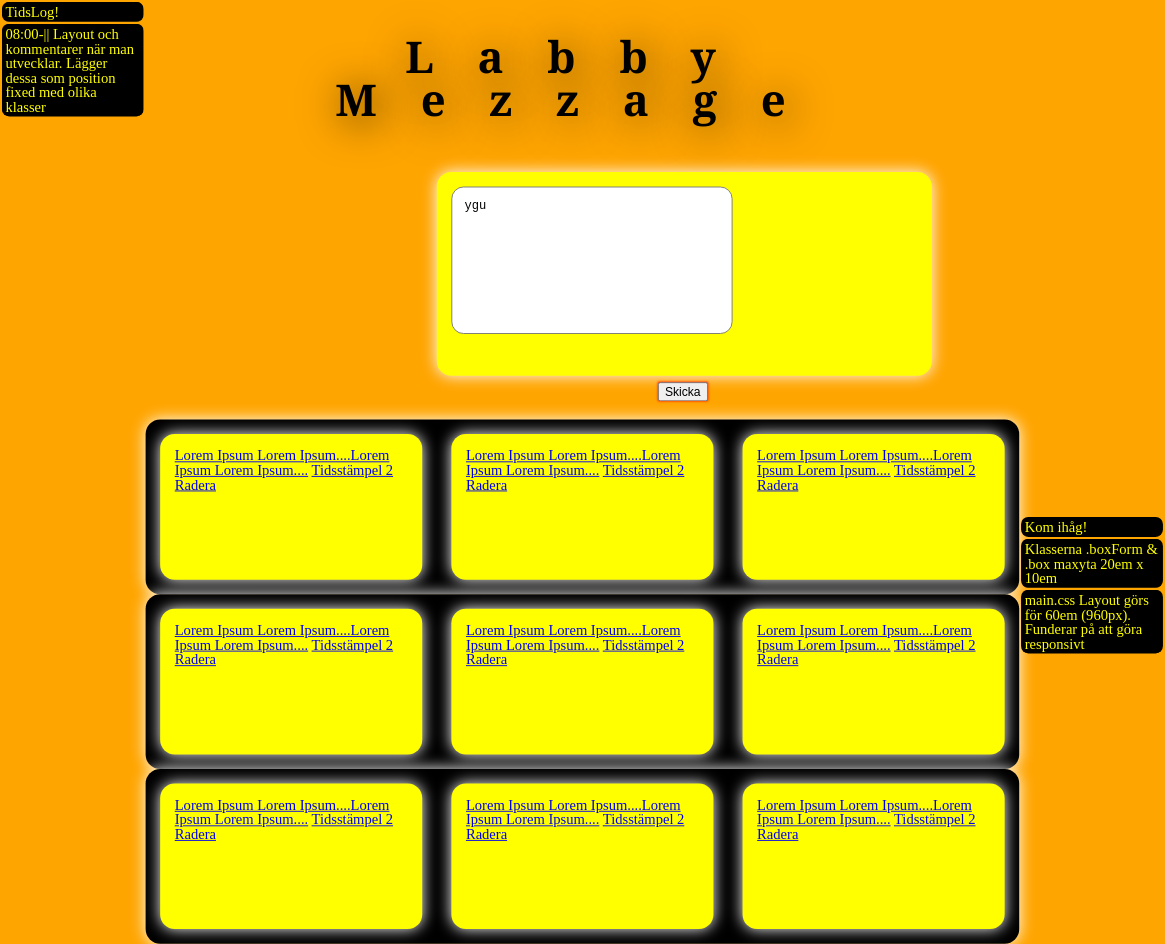
Repository: AndreasAnemyrLNU/1dv403-laborationer-AA223IG
Page: 2-labbymezzage/index.html
The author's editor kept a record of every edit. The page is drawn from the files as they stood at one moment, then again after the next edit.
The browser window is 1280 px wide. The pictures show the whole page, at 91% of full size.

Above is the page before.

### 2-labbymezzage/index.html
<!DOCTYPE html>
<html lang="sv">
    <head>
        <link rel="stylesheet" href="css/main.css" type="text/css" />
        <meta charset="utf-8">
    </head>
    <body>
<!--******************************************************************************************-->
<!--******************************************************************************************-->
        <div class="z fixedRight fixedBottom">
            <p>Kom ihåg!</p>
            <p>Klasserna .boxForm & .box maxyta 20em x 10em</p>
            <p>main.css Layout görs för 60em (960px). Funderar på att göra responsivt</p>
        </div>

        <div class="z">
            <p>TidsLog!</p>
            <p>08:00-|| Layout och kommentarer när man utvecklar. Lägger dessa som position fixed med olika klasser</p>
        </div>
<!--******************************************************************************************-->
<!--******************************************************************************************-->

        <div id="Wrapper">

                <h1>Labby Mezzage</h1>

                <div class="formContainer">
                    <div class="boxForm">
                        <form id="messageForm">
                            <textarea>ygu</textarea>
                            <input id="submit" type="submit" value="Skicka"/>
                        </form>
                    </div>
                </div>

                <div class="messageBoard">

                    <div class="messageContainer">

                        <div class="box">
                            <article class="message">
                                <a class="message block" href="#">Lorem Ipsum Lorem Ipsum....Lorem Ipsum Lorem Ipsum....</a>
                                <a href="#">Tidsstämpel 2 </a><a href="#">Radera</a>
                            </article>
                        </div>

                        <div class="box">
                            <article class="message">
                                <a class="message block" href="#">Lorem Ipsum Lorem Ipsum....Lorem Ipsum Lorem Ipsum....</a>
                                <a href="#">Tidsstämpel 2 </a><a href="#">Radera</a>
                            </article>
                        </div>

                        <div class="box">
                            <article class="message">
                                <a class="message block" href="#">Lorem Ipsum Lorem Ipsum....Lorem Ipsum Lorem Ipsum....</a>
                                <a href="#">Tidsstämpel 2 </a><a href="#">Radera</a>
                            </article>
                        </div>

                    </div>

                    <div class="messageContainer">

                        <div class="box">
                            <article class="message">
                                <a class="message block" href="#">Lorem Ipsum Lorem Ipsum....Lorem Ipsum Lorem Ipsum....</a>
                                <a href="#">Tidsstämpel 2 </a><a href="#">Radera</a>
                            </article>
                        </div>

                        <div class="box">
                            <article class="message">
                                <a class="message block" href="#">Lorem Ipsum Lorem Ipsum....Lorem Ipsum Lorem Ipsum....</a>
                                <a href="#">Tidsstämpel 2 </a><a href="#">Radera</a>
                            </article>
                        </div>

                        <div class="box">
                            <article class="message">
                                <a class="message block" href="#">Lorem Ipsum Lorem Ipsum....Lorem Ipsum Lorem Ipsum....</a>
                                <a href="#">Tidsstämpel 2 </a><a href="#">Radera</a>
                            </article>
                        </div>

                    </div>

                    <div class="messageContainer">

                        <div class="box">
                            <article class="message">
                                <a class="message block" href="#">Lorem Ipsum Lorem Ipsum....Lorem Ipsum Lorem Ipsum....</a>
                                <a href="#">Tidsstämpel 2 </a><a href="#">Radera</a>
                            </article>
                        </div>

                        <div class="box">
                            <article class="message">
                                <a class="message block" href="#">Lorem Ipsum Lorem Ipsum....Lorem Ipsum Lorem Ipsum....</a>
                                <a href="#">Tidsstämpel 2 </a><a href="#">Radera</a>
                            </article>
                        </div>

                        <div class="box">
                            <article class="message">
                                <a class="message block" href="#">Lorem Ipsum Lorem Ipsum....Lorem Ipsum Lorem Ipsum....</a>
                                <a href="#">Tidsstämpel 2 </a><a href="#">Radera</a>
                            </article>
                        </div>

                    </div>

                </div>




        </div>

        <!--<script type="text/javascript" src="js/addEvent.js"></script>-->
        <script type="text/javascript" src="js/run.js"></script>
        <script type="text/javascript" src="js/Message.js"></script>
    </body>
</html>

### 2-labbymezzage/css/main.css
/*Optimized for 960px width*/

/*ColorScheme*/


/* http://meyerweb.com/eric/tools/css/reset/
   v2.0 | 20110126
   License: none (public domain)
*/

html, body, div, span, applet, object, iframe,
h1, h2, h3, h4, h5, h6, p, blockquote, pre,
a, abbr, acronym, address, big, cite, code,
del, dfn, em, img, ins, kbd, q, s, samp,
small, strike, strong, sub, sup, tt, var,
b, u, i, center,
dl, dt, dd, ol, ul, li,
fieldset, form, label, legend,
table, caption, tbody, tfoot, thead, tr, th, td,
article, aside, canvas, details, embed,
figure, figcaption, footer, header, hgroup,
menu, nav, output, ruby, section, summary,
time, mark, audio, video {
	margin: 0;
	padding: 0;
	border: 0;
	font-size: 100%;
	font: inherit;
	vertical-align: baseline;
}
/* HTML5 display-role reset for older browsers */
article, aside, details, figcaption, figure,
footer, header, hgroup, menu, nav, section {
	display: block;
}
body {
	line-height: 1;
}
ol, ul {
	list-style: none;
}
blockquote, q {
	quotes: none;
}
blockquote:before, blockquote:after,
q:before, q:after {
	content: '';
	content: none;
}
table {
	border-collapse: collapse;
	border-spacing: 0;
}

/*END OF MEYER'S RESET*/

body{
    background-color:orange;
}

form{
    float: left;
}
h1{
    font-family: georgia;
    font-size: 3em;
    font-weight: 700;
    letter-spacing: 1em;
    padding: .8em;
    text-align: center;
    text-shadow: black .1em .1em 1em;
}
input[type="submit"]{
    box-shadow: red 0 0 .2em;
    clear: both;
    float: left;
    margin: 4em 17em;
}
textarea{
    border-radius: 1em;
    float: left;
    height: 10em;
    overflow:hidden;
    padding: 1em;
    resize: none;
    width: 21em;
}
#Wrapper{
    background-color: orange;
    display: block;
    margin: auto;
    width: 60em;
}
/* height 10em, width 20em */
.box{
    /*border: 0.0625em solid black*/ ;
    border-radius: 1em;
    background-color: yellow;
    box-shadow: white 0 0 1em;
    float: left;
    height: 8em;
    padding: 1em;
    transform: scale(1);
    transition-duration: 2s;
    margin: 1em;
    width: 16em;
}
.box:hover{
    box-shadow: red 0 0 .1250;
    transform: scale(1.05, 1.05);
    transition-duration: .7s;

}
.boxForm{
    /*border: 0.0625em solid black*/ ;
    border-radius: 1em;
    background-color: yellow;
    box-shadow: white 0 0 1em;
    float: left;
    height: 12em;
    padding: 1em;
    transform: scale(1);
    transition-duration: .7s;
    margin: 1em 0 3em 0;
    width: 32em;
}
.fixedBottom{
    bottom: 0;
}
.fixedRight{
    right: 0;
}
.messageBoard{
    display: block;
    clear: both;
}
.formContainer{
    margin: auto;
    width: 20em;
}
.messageContainer{
    background-color: black;
    border-radius: 1em;
    box-shadow: white 0 0 1em;
    clear: both;
    overflow: auto;
    transition-duration: 1.5s;
}
.messageContainer:hover{
    box-shadow: white 0 0 0;
    transition-duration: 1.5s;
}

/*Comments for developer*/
.z{
    position: fixed;
    width: 10em;
}
.z p{
    background-color: black;
    border: .1250em solid black;
    border-radius: .5em;
    color: yellow;
    border-bottom: none;
    margin: .1250em;
    padding: .1250em;
}

### 2-labbymezzage/js/run.js
"use strict";


var run = {

    messages:   [],

    init:       function(){


    var submit = document.getElementById("submit");
    submit.addEventListener("click", run.createMessage, false);
    },

    createMessage:  function(){
    run.messages.push(new Message( document.getElementById("messageInputArea").value , new Date()));
    console.log(run.messages[0].toString());
    },

};

window.onload = run.init;

### 2-labbymezzage/js/Message.js
"use strict";

//Start - Message constructor***************************\\

function Message(message, date){

    this.getText = function(){
        return message;
    };

    this.setText = function (_text){
        message = _text;
    };

    this.getDate = function(){
        return date;
    };

    this.setDate = function (_date){
        message = _date;
    };



}

//*****************************Message constructor - End\\
//******************************************************\\
//Start - Message.prototype*****************************\\

Message.prototype.toString = function(){
    return this.getText()+" ("+this.getDate()+")";
};

Message.prototype.HTMLText = function(){
    alert("getHTMLText in Message not implemented!");
};

//***********************Start - Message.prototype - End\\

After the next edit:
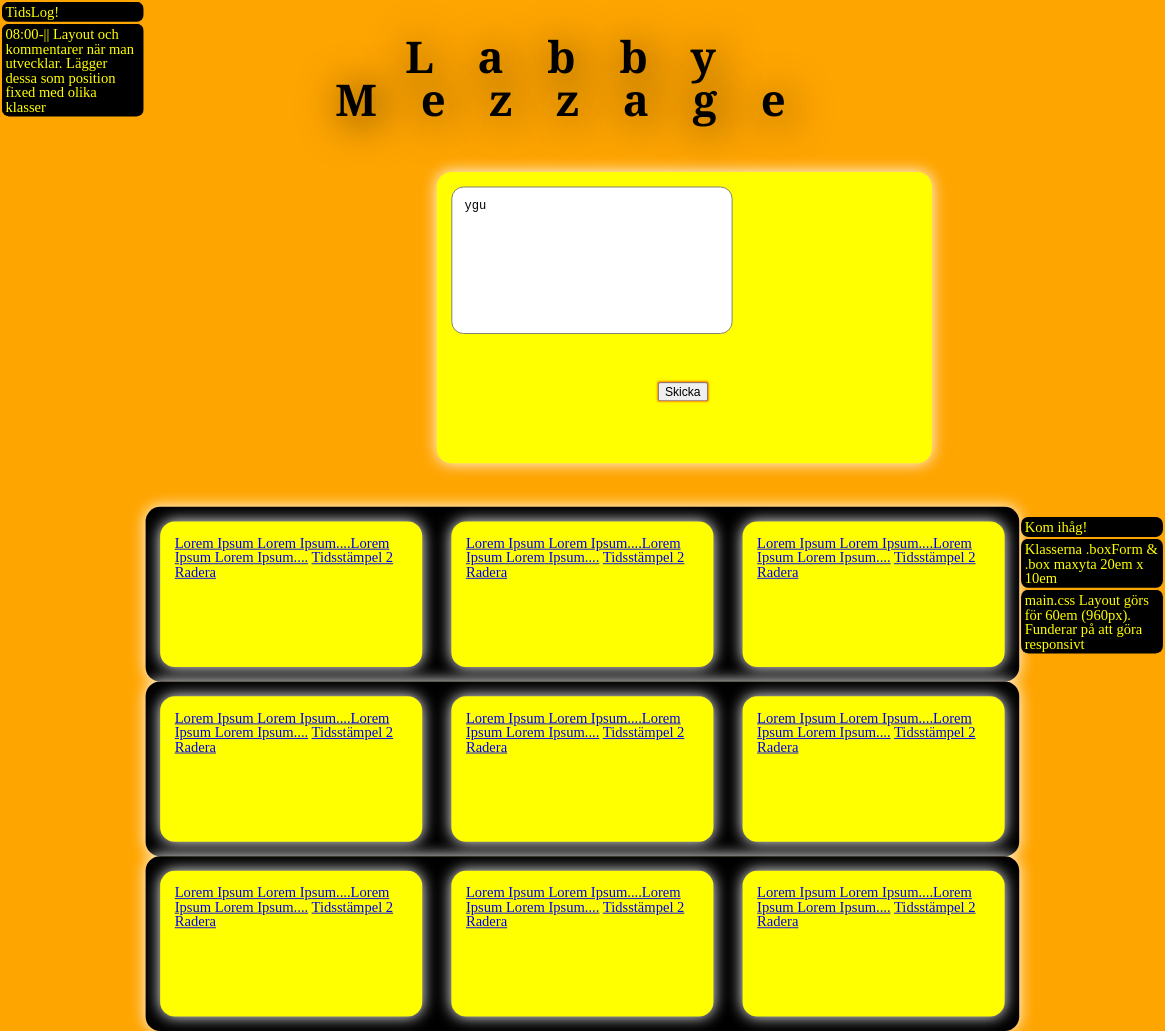
The edit:
--- a/2-labbymezzage/css/main.css
+++ b/2-labbymezzage/css/main.css
@@ -117,9 +117,8 @@
     background-color: yellow;
     box-shadow: white 0 0 1em;
     float: left;
-    height: 12em;
+    height: 18em;
     padding: 1em;
-    transform: scale(1);
     transition-duration: .7s;
     margin: 1em 0 3em 0;
     width: 32em;
